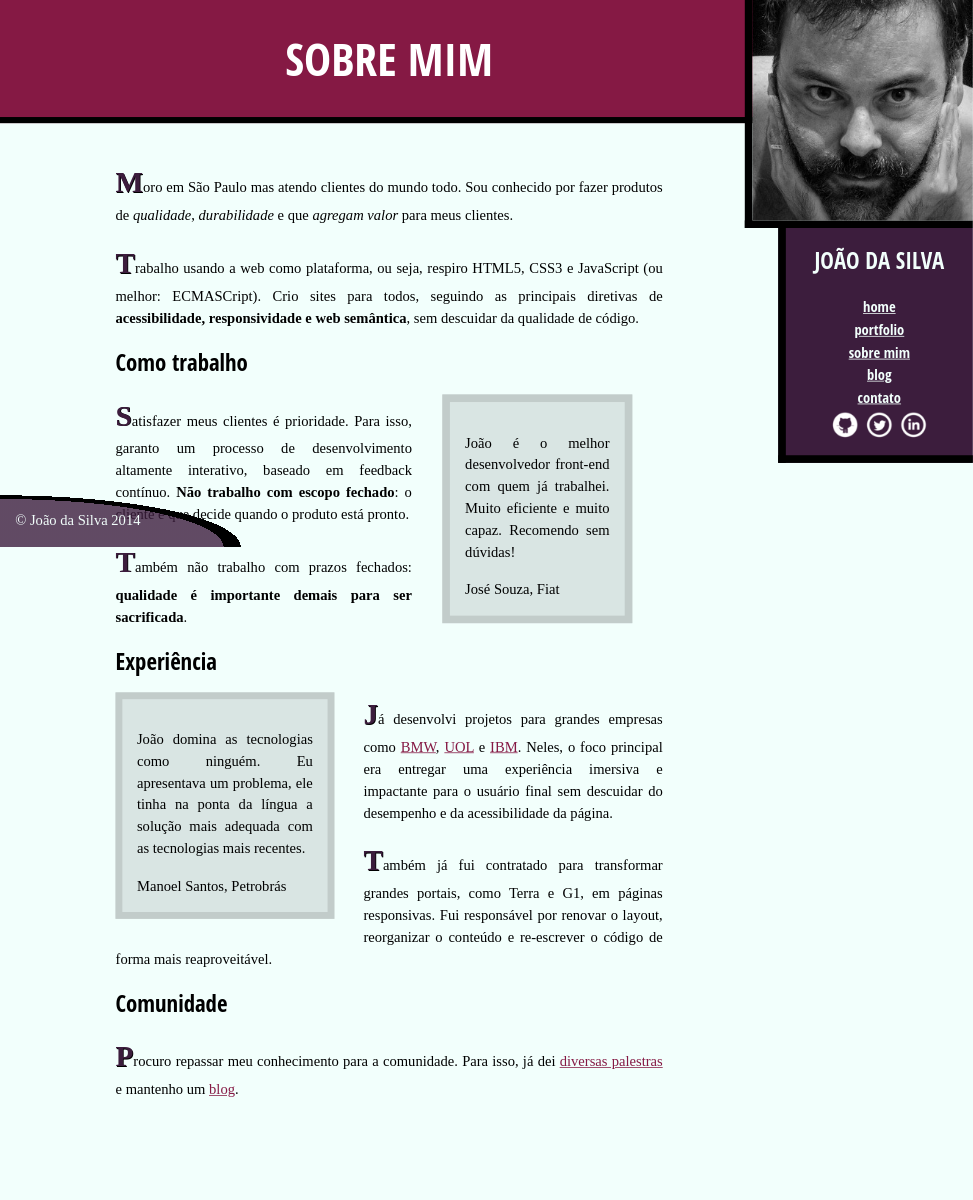
Repository: MichelMiola/html5Css3Avancado
Page: projeto/bio.html
These files come from the project's save history. The page is drawn as it stood at one moment and after the next save; the edit follows.
The browser window is 1280 px wide. The pictures show the whole page, at 76% of full size.
Some web fonts or font styles are not loaded; a fallback is used.

Above is the page before, as saved 2015-03-24 18:40:58.

After the next save:
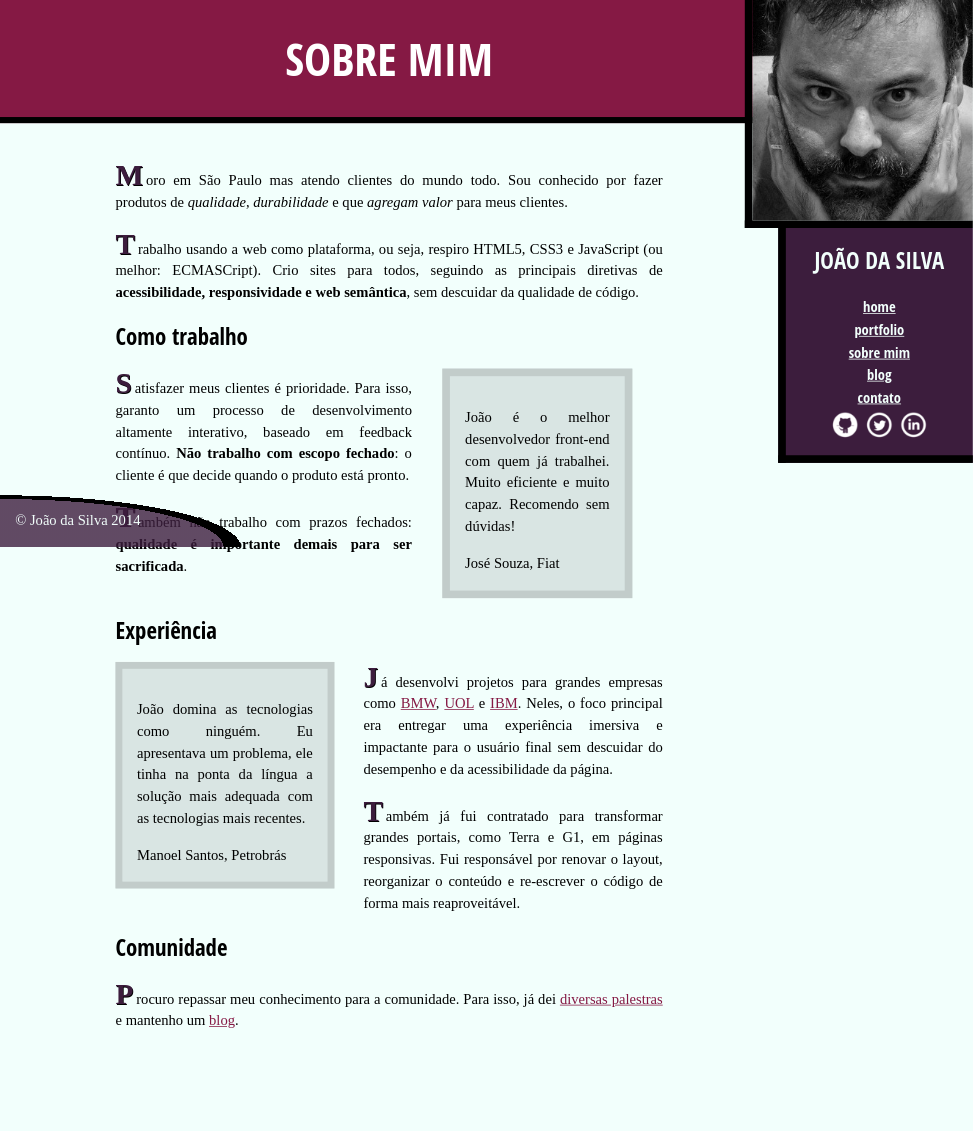
Saved 3 min 13 s later.
--- a/projeto/css/bio.css
+++ b/projeto/css/bio.css
@@ -36,3 +36,12 @@ blockquote:nth-of-type(odd) {
   color: #3C1D3D;
   text-shadow: 1px 1px #000;
 }
+
+.container > p::first-letter {
+  font-size: 200%;
+  font-weight: bold;
+  color: #3C1D3D;
+  text-shadow: 1px 1px #000;
+  margin-right: .2ch;
+  line-height: 1;
+}
